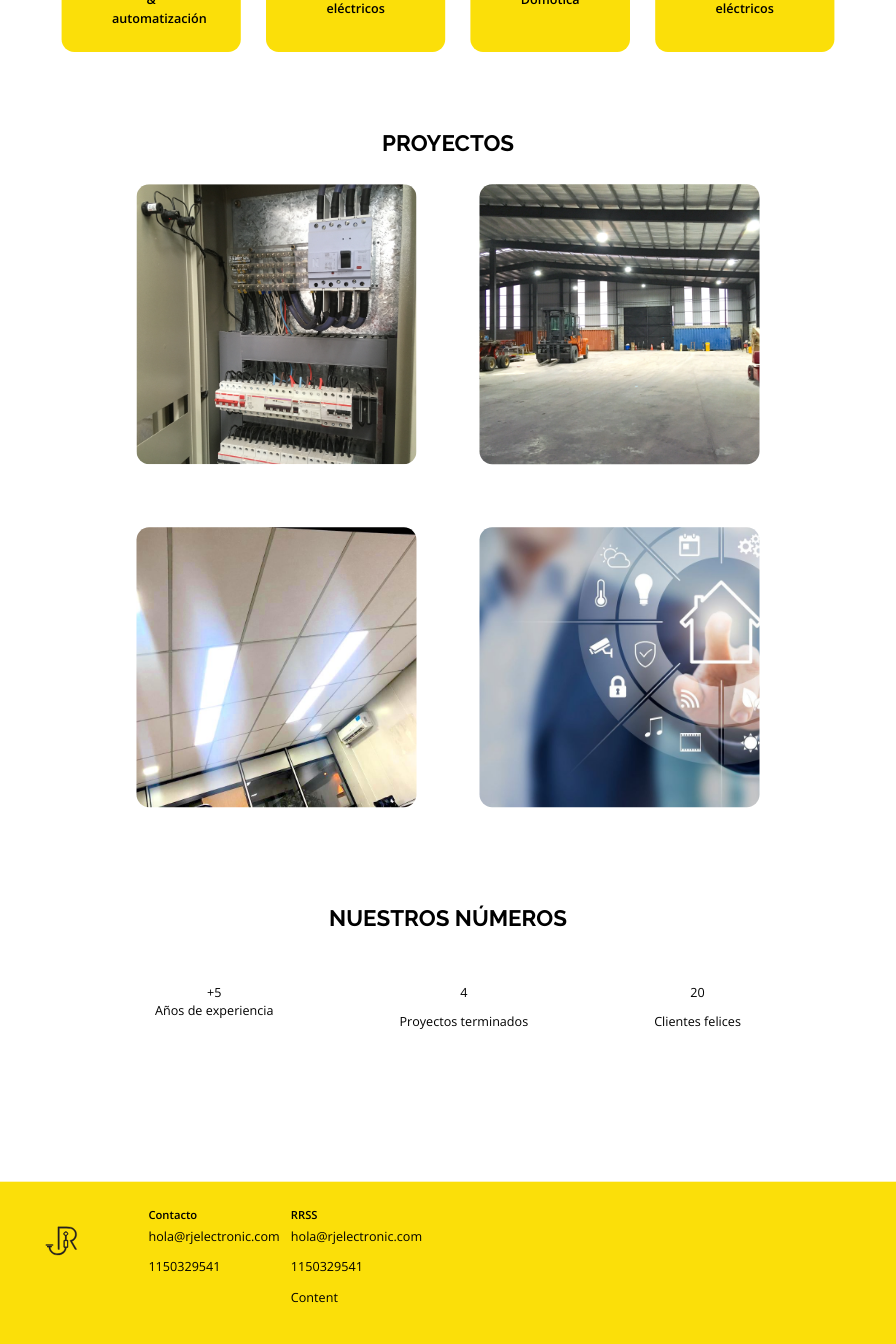
Repository: jeraldinnemg/rjelectronics
Page: index.html
An editor plug-in stored every save of this project. The page is shown before and after the next save, followed by the edit.
The browser window is 1280 px wide. The pictures show the part of the page from y = 963 to 2883 px (the page is 2883 px tall before and 2867 px after), at 70% of full size.
Some web libraries are served in a nearby version.

Above is the page before, as saved 2022-07-27 21:58:17.

After the next save:
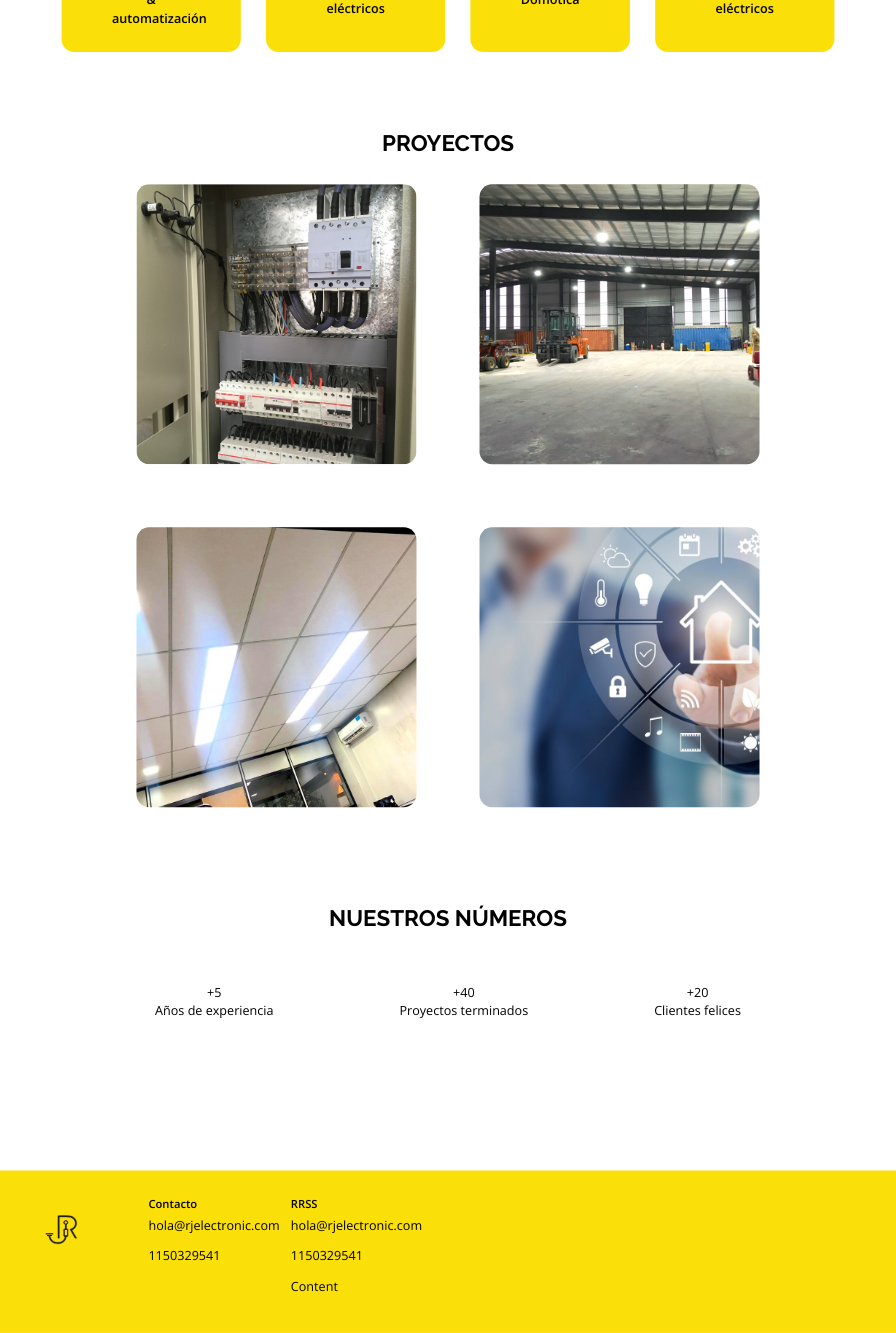
Saved 25 s later.
--- a/index.html
+++ b/index.html
@@ -141,12 +141,12 @@
                 <span>+</span><span class="counter" data-target="5"></span>
                 <p>Años de experiencia</p>
             </div>
-            <div class="static flex">
-                <span class="counter" data-target="4"></span>
+            <div class="static">
+                <span>+</span><span class="counter" data-target="40"></span>
                 <p>Proyectos terminados</p>
             </div>
-            <div class="static flex">
-                <span class="counter" data-target="20"></span>
+            <div class="static">
+                <span>+</span><span class="counter" data-target="20"></span>
                 <p>Clientes felices</p>
             </div>
         </div>
